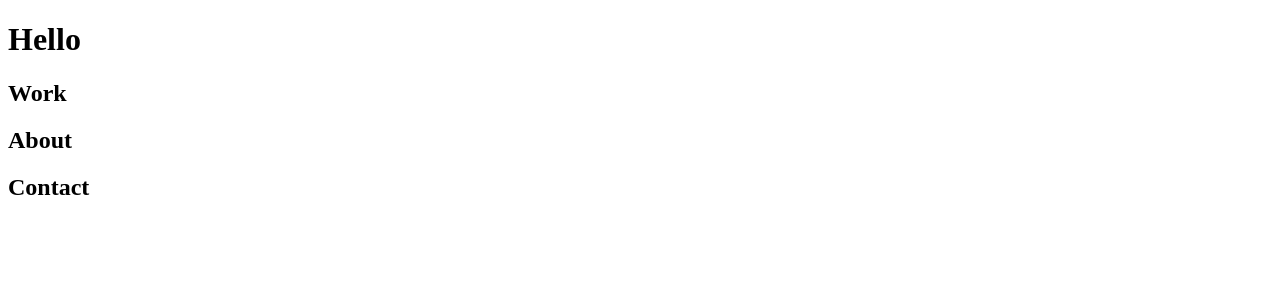
Repository: romgrm/portfolioRomgrm
Page: /
An editor plug-in stored every save of this project. The page is shown before and after the next save, followed by the edit.
The browser window is 1280 px wide. The pictures show the whole page.
The project was rebuilt for these pictures with package versions that can differ from the ones it lists, and the page was loaded fresh each time. Also part of the build but not shown: src/Styles/main.css.

Above is the page before, as saved 2020-12-15 20:00:32.

After the next save:
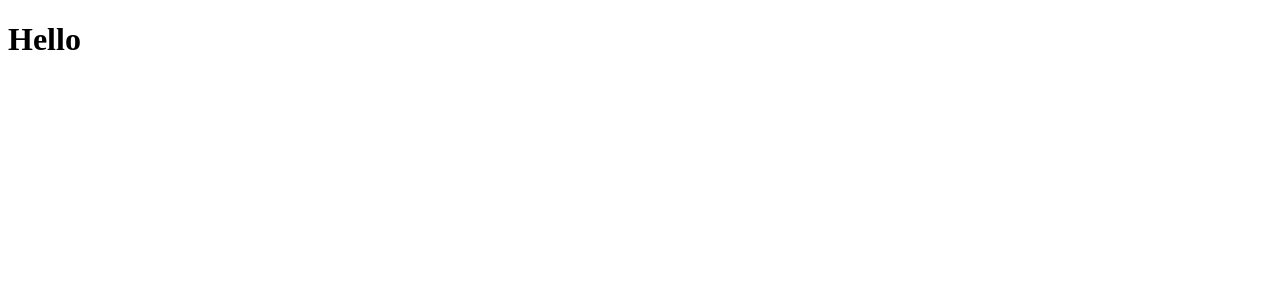
Saved 9 s later.
--- a/src/components/Navigation.js
+++ b/src/components/Navigation.js
@@ -8,7 +8,7 @@
                 <h1>{content.nav.logo} </h1>
                 <div className="flex mr-3">
                     {content.nav.links.map((item,index) => {
-                        return <h2>{item.text}</h2>
+                        return <h2>{item.text.index}</h2>
                     })}
                 </div>
             </div>

After the save that followed:
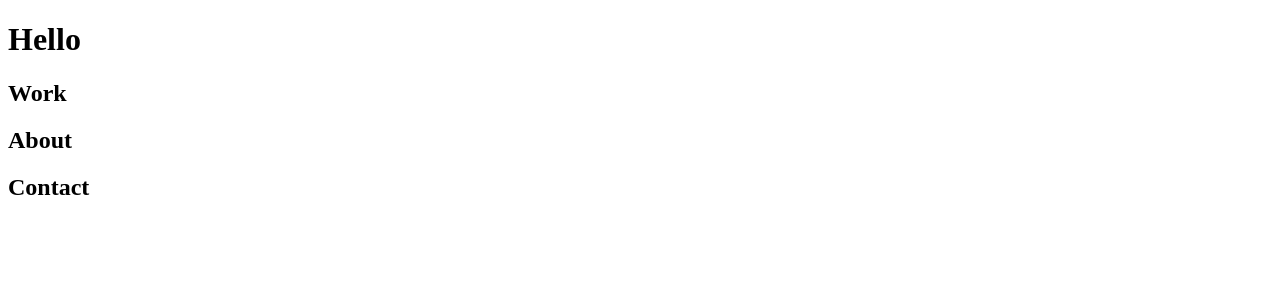
Saved 7 s later.
--- a/src/components/Navigation.js
+++ b/src/components/Navigation.js
@@ -8,7 +8,7 @@
                 <h1>{content.nav.logo} </h1>
                 <div className="flex mr-3">
                     {content.nav.links.map((item,index) => {
-                        return <h2>{item.text.index}</h2>
+                        return <h2>{item.text}</h2>
                     })}
                 </div>
             </div>
